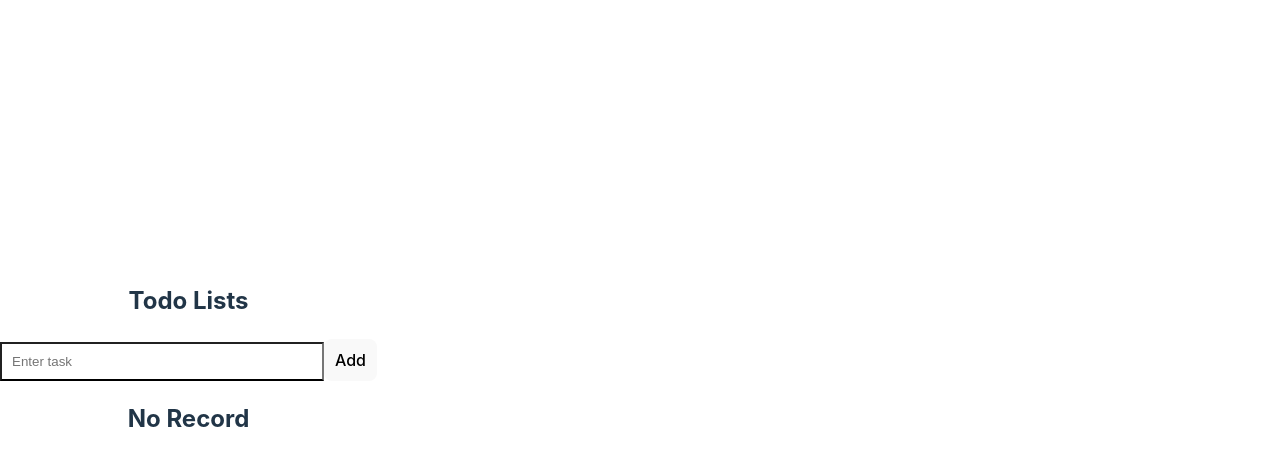
Repository: thainguyen282/TodoList
Page: / (app in todolist/)
These files come from the project's save history. The page is drawn as it stood at one moment and after the next save; the edit follows.
The browser window is 1280 px wide. The pictures show the whole page.
The page's requests for data from a server got no answer. The project was rebuilt for these pictures with package versions that can differ from the ones it lists, and the page was loaded fresh each time. No one was signed in, and anything a server would have sent is missing. Also part of the build but not shown: todolist/vite.config.js.

Above is the page before, as saved 2023-11-12 11:26:28.

### todolist/src/App.jsx
import { useState } from 'react'
import './App.css'
import Home from './Home'

function App() {

  return (
    <>
      <Home />
    </>
  )
}

export default App

### todolist/src/App.css
.home {
  display: flex;
  flex-direction: column;
  align-items: center;
}

.create_form input {
  width: 300px;
  padding: 10px;
  border-bottom: 2px solid;
  outline: none;
}

.create_form button {
  padding: 10px;
  background-color: back;

}

.task {
  display: flex;
  align-items: center;
  width: 345px;
  justify-content: space-between;
  background-color: black;
  color: white;
  height: 35px;
  padding: 2px 5px 2px 5px;
  margin-top: 2px;
}

.checkbox  {
  display: flex;
  align-items: center;
}

.checkbox .icon {
  margin-right: 5px;
  font-size: 15px;
}

.task div span {
  margin: 0px 5px 0px 4px
}

.task div .icon {
  cursor:pointer
}

### todolist/src/Home.jsx
import React, { useEffect, useState } from "react";
import Create from './Create'
import axios from "axios";

function Home() {
    const [todos, setTodos] = useState([])
    useEffect(() => {
        axios.get('http://localhost:5500/api/item')
        .then(result => setTodos(result.data))
        .catch(err => console.log(err))
    }, [])

    const handleEdit = () => {

    }
    return (
        <div className="home">
            <h2>Todo Lists</h2>
            <Create />
            {
                todos.length === 0
                ?
                <div><h2>No Record</h2></div>
                :
                todos.map(todo => (

                    <div>
                        {todo.task}
                    </div>

                ))
            }
        </div>
    )
}

export default Home

### todolist/src/Create.jsx
import React, { useState } from "react";
import axios from 'axios'

function Create() {
    const [task, setTask] = useState()
    const handleAdd = () => {
        try
        {
        axios.post('http://localhost:5500/api/item', {task:task})
        .then(result=>console.log(result))
        .catch(err => console.log(err))
        } catch(err){
            console.log(err)
        }



    }
    return (
        <div className="create_form">
            <input type="text" placeholder="Enter task" onChange={(e) => {setTask(e.target.value)}}/>
            <button type="button" onClick={handleAdd}>Add</button>
        </div>
    )
}

export default Create

Loaded but not shown: todolist/index.html (common file); todolist/src/main.jsx (common file); todolist/src/index.css (common file)

After the next save:
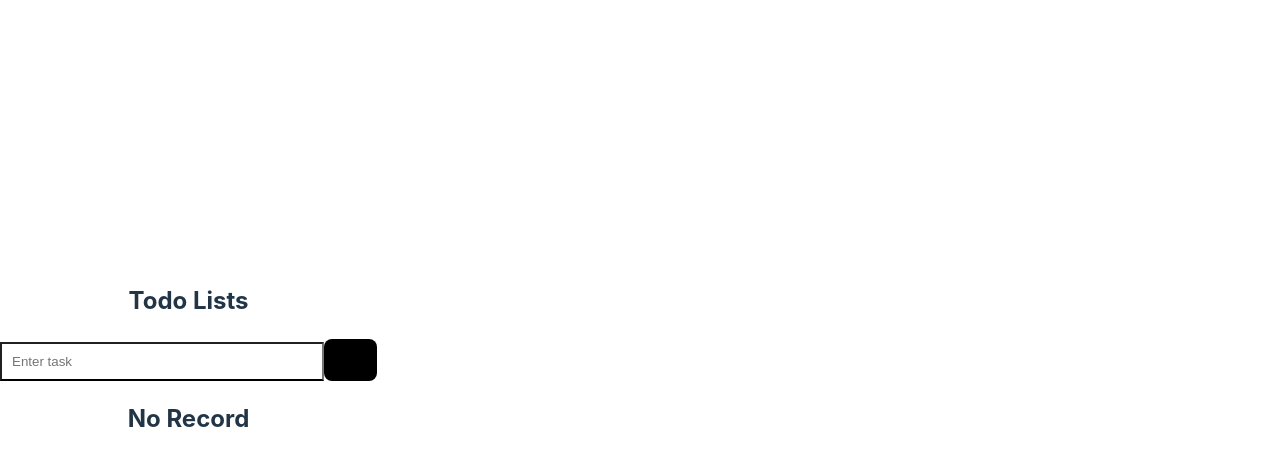
Saved 6 s later.
--- a/todolist/src/App.css
+++ b/todolist/src/App.css
@@ -13,8 +13,8 @@
 
 .create_form button {
   padding: 10px;
-  background-color: back;
-
+  background-color: black;
+  clo
 }
 
 .task {
